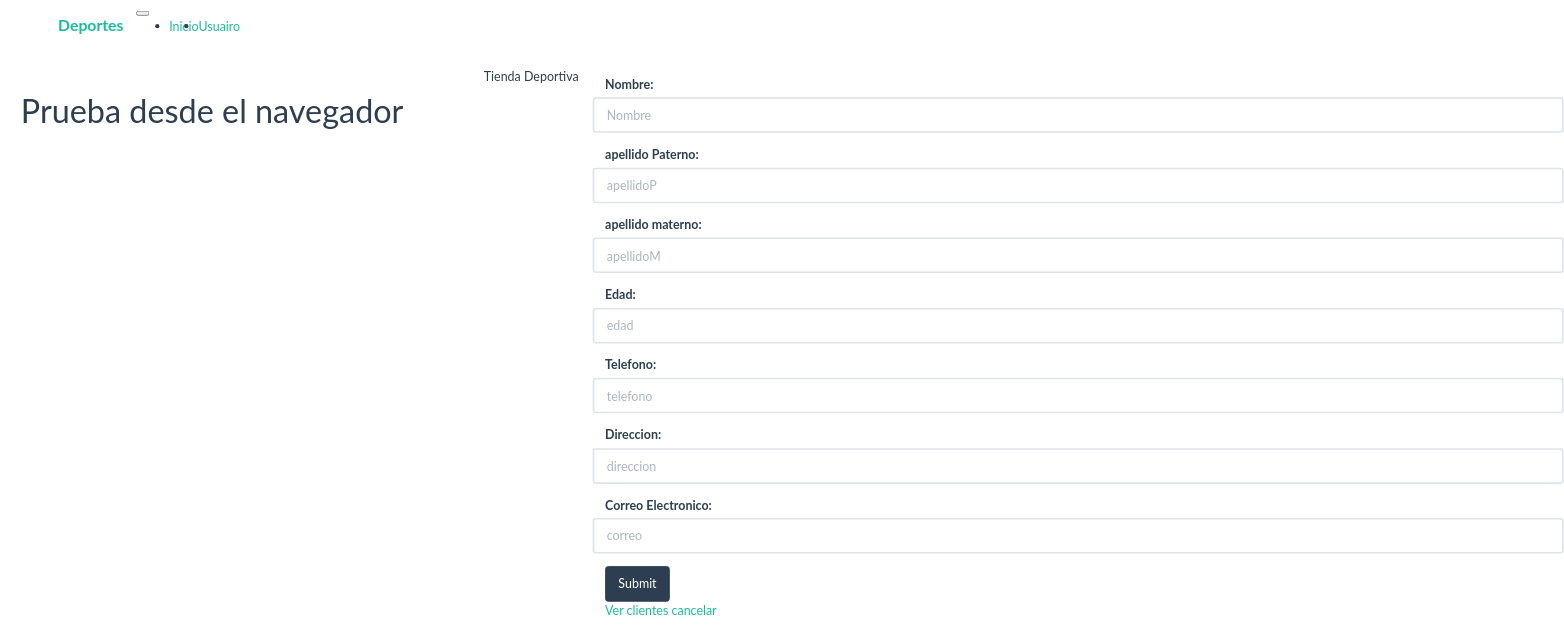
Repository: ixchelmorneo/PruebasUnitarias
Page: http://localhost/home
An editor plug-in stored every save of this project. The page is shown before and after the next save, followed by the edit.
The browser window is 1280 px wide. The page is 1884 px wide, so the pictures cover 1884 px, including what lies to the right of the window. The pictures show the whole page, at 83% of full size.
The page is this project's Thymeleaf template; nobody is signed in. The template is opened directly, without the code that normally fills it, so the values that code supplies are empty.

Above is the page before, as saved 2020-11-28 00:34:39.

After the next save:
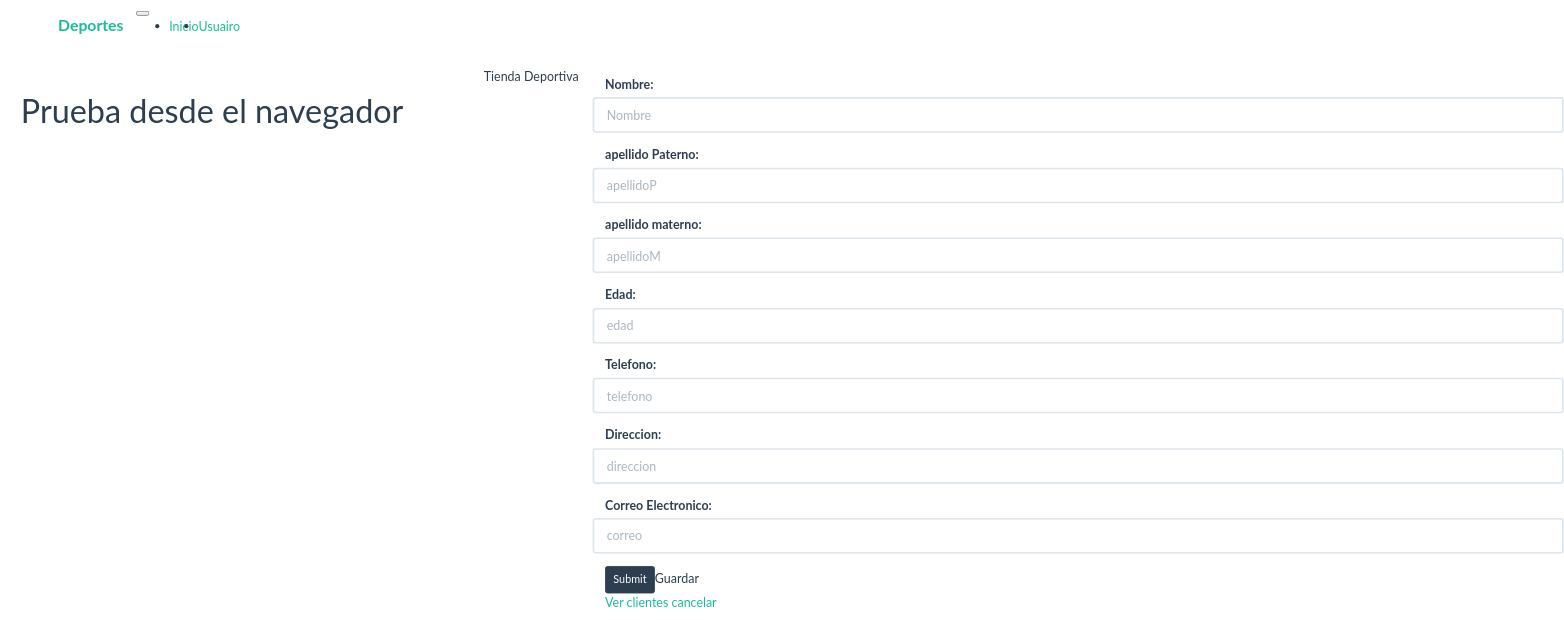
Saved 83 s later.
--- a/tiendaDeportiva/src/main/resources/templates/home.html
+++ b/tiendaDeportiva/src/main/resources/templates/home.html
@@ -74,7 +74,7 @@
 
  <div class="card-footer bg-dark">
 
-  <button type="submit" class="btn btn-primary">Submit</button>
+  <input type="submit" class="btn btn-primary btn-sm" th:text="Guardar"/>
   </div>
 
 </form>
